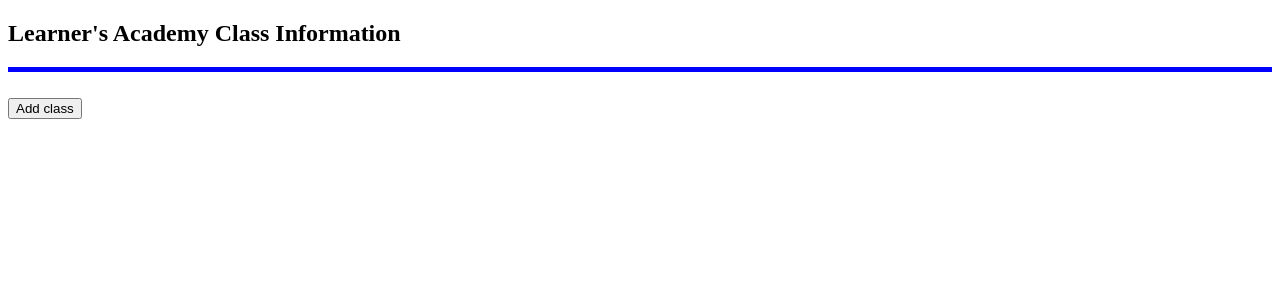
Repository: anithagnana123/Simplilearn_Phase2_project
Page: phase2-project/src/main/webapp/classsub.html
The author's editor kept a copy of each file at every save. The page is drawn from the files as they stood at one save, then again after the next save.
The browser window is 1280 px wide. The pictures show the whole page.

Above is the page before, as saved 2022-10-20 07:08:47.

After the next save:
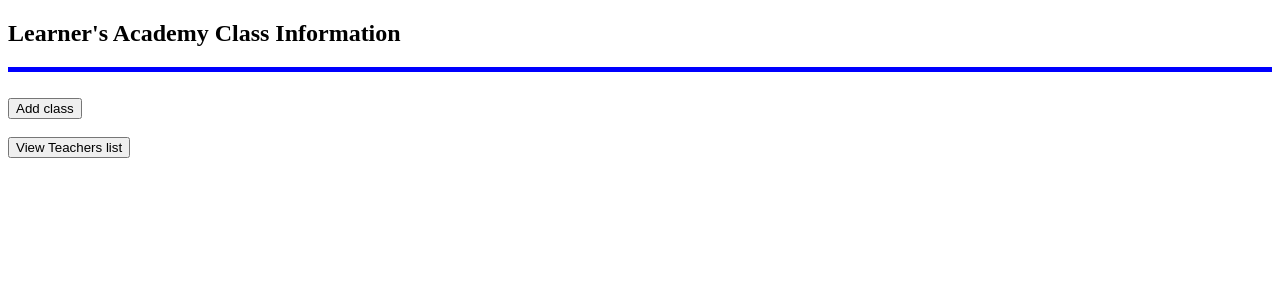
Saved 27 min 26 s later.
--- a/phase2-project/src/main/webapp/classsub.html
+++ b/phase2-project/src/main/webapp/classsub.html
@@ -12,5 +12,10 @@
     <br> <input type='submit' value='Add class'/>
 </form>
 
+<form method="get" action="/phase2-project/viewteacher.jsp">
+    <br> <input type='submit' value='View Teachers list'/>
+    <br> <input type='hidden' name='operation' value='viewteacher'/>
+</form>
+
 </body>
 </html>
